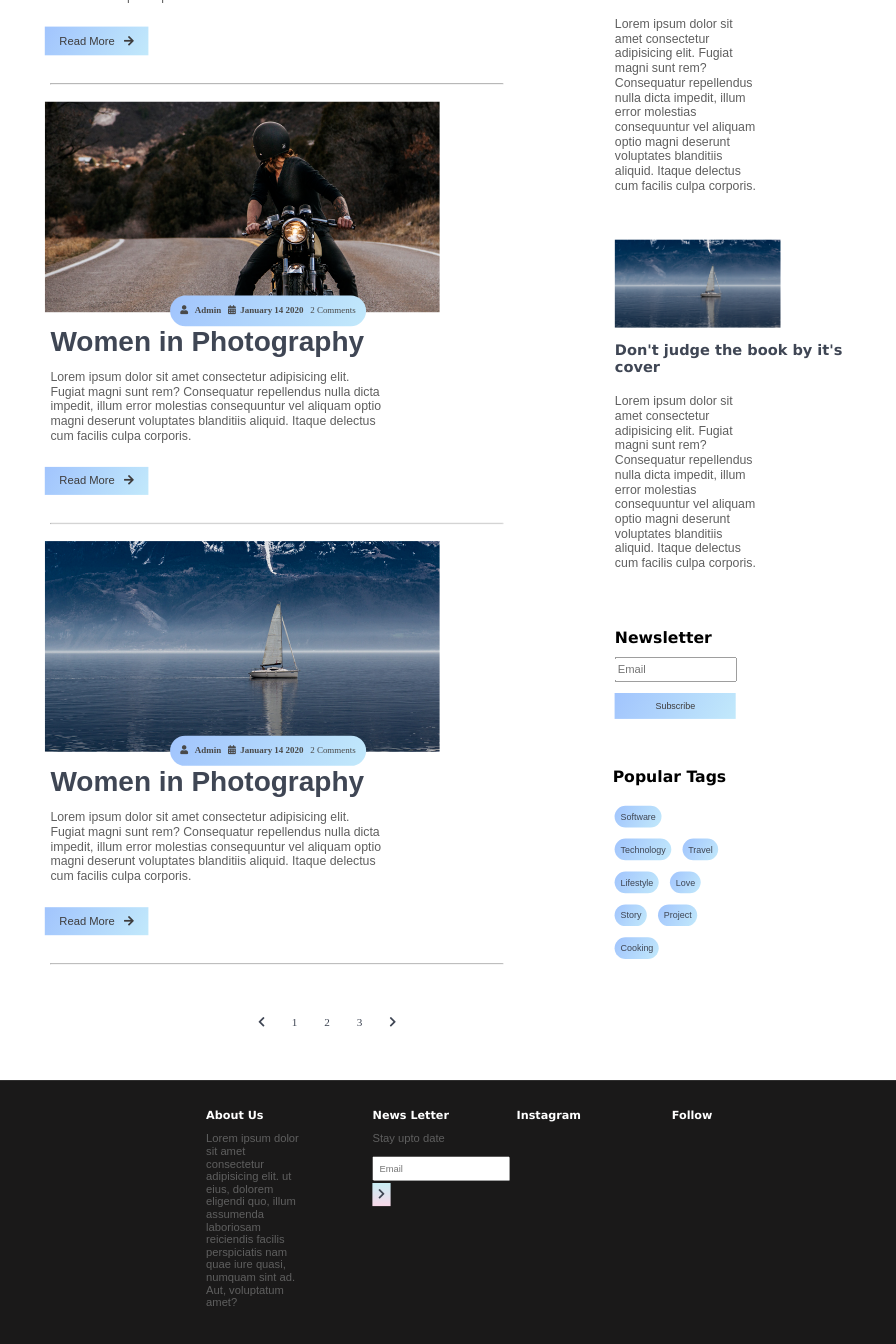
Repository: premjawaharp/Blogsite
Page: index.html
These files come from the project's save history. The page is drawn as it stood at one moment and after a run of saves; the edit follows.
The browser window is 1280 px wide. The pictures show the part of the page from y = 2410 to 4330 px (the page is 4330 px tall before and 4294 px after), at 70% of full size.

Above is the page before, as saved 2020-09-18 15:25:55.

After the next 2 saves:
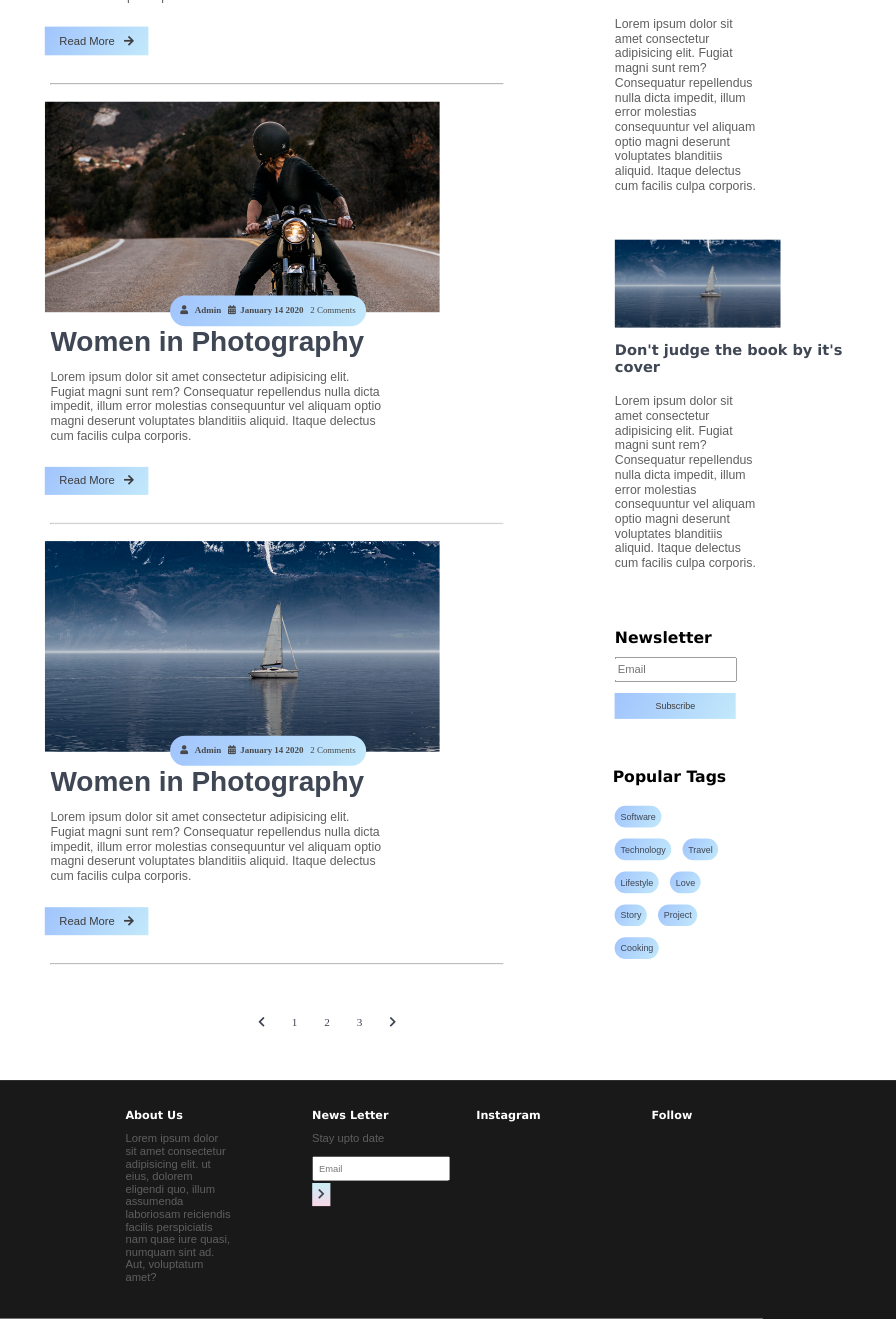
The 2 saves are shown as one change because they came seconds apart.
The last was saved 7 s later.
--- a/css/style.css
+++ b/css/style.css
@@ -484,7 +484,7 @@ main .news-letter .news-form .new-form-btn {
 }
 .footer .pad-pad{
     padding:3%;
-    padding-left:20%;
+    padding-left:10%;
 }
 .footer .news-inputs span{
     color: var(--text-gray);
